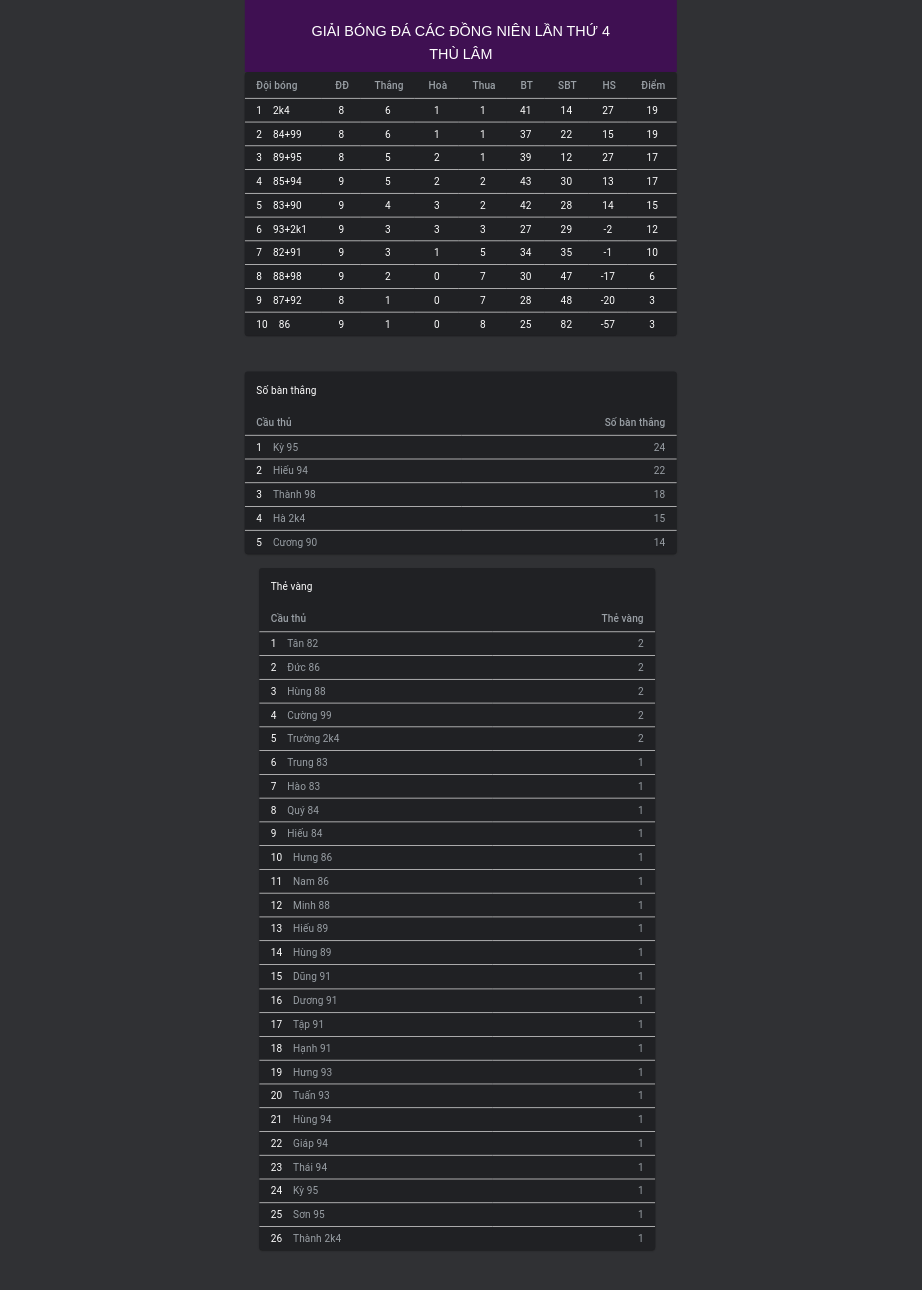
Repository: tuan842001/thulam
Page: /
An editor plug-in stored every save of this project. The page is shown before and after the next save, followed by the edit.
The browser window is 1280 px wide. The pictures show the whole page, at 72% of full size.
The project was rebuilt for these pictures with package versions that can differ from the ones it lists, and the page was loaded fresh each time.

Above is the page before, as saved 2022-01-11 15:55:02.

### public/index.html
<!DOCTYPE html>
<html lang="en">
  <head>
    <meta charset="utf-8" />
    <link rel="icon" href="%PUBLIC_URL%/favicon.ico" />
    <meta name="viewport" content="width=device-width, initial-scale=1" />
    <meta name="theme-color" content="#000000" />
    <meta
      name="description"
      content="Web site created using create-react-app"
    />

    <link href="https://cdn.jsdelivr.net/npm/bootstrap@5.1.3/dist/css/bootstrap.min.css" rel="stylesheet" integrity="sha384-1BmE4kWBq78iYhFldvKuhfTAU6auU8tT94WrHftjDbrCEXSU1oBoqyl2QvZ6jIW3" crossorigin="anonymous">
<script src="https://cdn.jsdelivr.net/npm/bootstrap@5.1.3/dist/js/bootstrap.bundle.min.js" integrity="sha384-ka7Sk0Gln4gmtz2MlQnikT1wXgYsOg+OMhuP+IlRH9sENBO0LRn5q+8nbTov4+1p" crossorigin="anonymous"></script>
    <title>GIẢI BÓNG ĐÁ CÁC ĐỒNG NIÊN THÙ LÂM</title>
  </head>
  <body>
    <noscript>You need to enable JavaScript to run this app.</noscript>
    <div id="root"></div>

  </body>
</html>

### src/App.js
import "./App.css";
import { Header } from "./components/header/Header";
import Card from "./pages/card/Card";
import Statistical from "./pages/statistical/Statistical";
import UserList from "./pages/userList/UserList";

function App() {
  return (
    <div className="App" style={{ height: "102%" }}>
      <Header />
      <UserList />
      <Statistical />
      <Card />
    </div>
  );
}

export default App;

### src/App.css
body {
  margin: 0;
  font-family: 'Montserrat', sans-serif;
  background-color: #303134;
  display: flex;
  justify-content: center;
}

* {
  margin: 0;
}

@media screen and (max-width: 480px) {
  body {
    justify-content: normal;
  }
}

### src/components/header/Header.jsx
import * as React from "react";
import "./header.css";

export const Header = () => {
  return (
    <div className="header">
      <h4>GIẢI BÓNG ĐÁ CÁC ĐỒNG NIÊN LẦN THỨ 4</h4>
      <h3>THÙ LÂM</h3>
    </div>
  );
};

### src/pages/card/Card.jsx
import * as React from "react";
import Table from "@mui/material/Table";
import TableBody from "@mui/material/TableBody";
import TableCell from "@mui/material/TableCell";
import TableContainer from "@mui/material/TableContainer";
import TableHead from "@mui/material/TableHead";
import TableRow from "@mui/material/TableRow";
import Paper from "@mui/material/Paper";

function createData(order, name, goal) {
  return {
    order,
    name,
    goal,
  };
}

const rows = [
  createData(1, "Tân 82", 2),
  createData(2, "Đức 86", 2),
  createData(3, "Hùng 88", 2),
  createData(4, "Cường 99", 2),
  createData(5, "Trường 2k4", 2),
  createData(6, "Trung 83", 1),
  createData(7, "Hào 83", 1),
  createData(8, "Quý 84", 1),
  createData(9, "Hiếu 84", 1),
  createData(10, "Hưng 86", 1),
  createData(11, "Nam 86", 1),
  createData(12, "Minh 88", 1),
  createData(13, "Hiếu 89", 1),
  createData(14, "Hùng 89", 1),
  createData(15, "Dũng 91", 1),
  createData(16, "Dương 91", 1),
  createData(17, "Tập 91", 1),
  createData(18, "Hạnh 91", 1),
  createData(19, "Hưng 93", 1),
  createData(20, "Tuấn 93", 1),
  createData(21, "Hùng 94", 1),
  createData(22, "Giáp 94", 1),
  createData(23, "Thái 94", 1),
  createData(24, "Kỳ 95", 1),
  createData(25, "Sơn 95", 1),
  createData(26, "Thành 2k4", 1),
];

export default function Card() {
  return (
    <TableContainer
      component={Paper}
      style={{
        backgroundColor: "#202124",
        color: "#FFFF",
        margin: "20px",
        width: "550px",
      }}
    >
      <TableCell style={{ color: "#FFFF", borderBottom: "none" }} align="right">
        Thẻ vàng
      </TableCell>
      <Table sx={{ minWidth: 550 }} size="small" aria-label="a dense table">
        <TableHead>
          <TableRow>
            <TableCell style={{ color: "#9aa0a6" }}>Cầu thủ</TableCell>
            <TableCell style={{ color: "#9aa0a6" }} align="right">
              Thẻ vàng
            </TableCell>
          </TableRow>
        </TableHead>
        <TableBody>
          {rows.map((row) => (
            <TableRow
              key={row.name}
              sx={{ "&:last-child td, &:last-child th": { border: 0 } }}
            >
              <TableCell
                component="th"
                scope="row"
                style={{ color: "#9aa0a6" }}
              >
                <span
                  style={{
                    color: "#fff",
                    marginRight: "15px",
                    textAlign: "center",
                  }}
                  align="center"
                >
                  {row.order}
                </span>
                {row.name}
              </TableCell>
              <TableCell style={{ color: "#9aa0a6" }} align="right">
                {row.goal}
              </TableCell>
            </TableRow>
          ))}
        </TableBody>
      </Table>
    </TableContainer>
  );
}

### src/pages/statistical/Statistical.jsx
import * as React from "react";
import Table from "@mui/material/Table";
import TableBody from "@mui/material/TableBody";
import TableCell from "@mui/material/TableCell";
import TableContainer from "@mui/material/TableContainer";
import TableHead from "@mui/material/TableHead";
import TableRow from "@mui/material/TableRow";
import Paper from "@mui/material/Paper";

function createData(order, name, goal) {
  return {
    order,
    name,
    goal,
  };
}

const rows = [
  createData(1, "Kỳ 95", 24),
  createData(2, "Hiếu 94", 22),
  createData(3, "Thành 98", 18),
  createData(4, "Hà 2k4", 15),
  createData(5, "Cương 90", 14),
];

export default function Statistical() {
  return (
    <TableContainer
      component={Paper}
      style={{ backgroundColor: "#202124", color: "#FFFF", marginTop: "50px" }}
    >
      <TableCell style={{ color: "#FFFF", borderBottom: "none" }} align="right">
        Số bàn thắng
      </TableCell>
      <Table sx={{ minWidth: 600 }} size="small" aria-label="a dense table">
        <TableHead>
          <TableRow>
            <TableCell style={{ color: "#9aa0a6" }}>Cầu thủ</TableCell>
            <TableCell style={{ color: "#9aa0a6" }} align="right">
              Số bàn thắng
            </TableCell>
          </TableRow>
        </TableHead>
        <TableBody>
          {rows.map((row) => (
            <TableRow
              key={row.name}
              sx={{ "&:last-child td, &:last-child th": { border: 0 } }}
            >
              <TableCell
                component="th"
                scope="row"
                style={{ color: "#9aa0a6" }}
              >
                <span
                  style={{
                    color: "#FFFF",
                    marginRight: "15px",
                    textAlign: "center",
                  }}
                  align="center"
                >
                  {row.order}
                </span>
                {row.name}
              </TableCell>
              <TableCell style={{ color: "#9aa0a6" }} align="right">
                {row.goal}
              </TableCell>
            </TableRow>
          ))}
        </TableBody>
      </Table>
    </TableContainer>
  );
}

### src/pages/userList/UserList.jsx
import * as React from "react";
import Table from "@mui/material/Table";
import TableBody from "@mui/material/TableBody";
import TableCell from "@mui/material/TableCell";
import TableContainer from "@mui/material/TableContainer";
import TableHead from "@mui/material/TableHead";
import TableRow from "@mui/material/TableRow";
import Paper from "@mui/material/Paper";

function createData(
  order,
  name,
  fought,
  win,
  draw,
  lose,
  goal,
  goals,
  difference,
  protein
) {
  return {
    order,
    name,
    fought,
    win,
    draw,
    lose,
    goal,
    goals,
    difference,
    protein,
  };
}

const rows = [
  createData(1, "2k4", 8, 6, 1, 1, 41, 14, 27, 19),
  createData(2, "84+99", 8, 6, 1, 1, 37, 22, 15, 19),
  createData(3, "89+95", 8, 5, 2, 1, 39, 12, 27, 17),
  createData(4, "85+94", 9, 5, 2, 2, 43, 30, 13, 17),
  createData(5, "83+90", 9, 4, 3, 2, 42, 28, 14, 15),
  createData(6, "93+2k1", 9, 3, 3, 3, 27, 29, -2, 12),
  createData(7, "82+91", 9, 3, 1, 5, 34, 35, -1, 10),
  createData(8, "88+98", 9, 2, 0, 7, 30, 47, -17, 6),
  createData(9, "87+92", 8, 1, 0, 7, 28, 48, -20, 3),
  createData(10, "86", 9, 1, 0, 8, 25, 82, -57, 3),
];

export default function UserList() {
  return (
    <TableContainer
      component={Paper}
      style={{ backgroundColor: "#202124", color: "#FFFF" }}
    >
      <Table sx={{ minWidth: 600 }} size="small" aria-label="a dense table">
        <TableHead>
          <TableRow>
            <TableCell style={{ color: "#9aa0a6" }}>Đội bóng</TableCell>
            <TableCell style={{ color: "#9aa0a6" }} align="right">
              ĐĐ
            </TableCell>
            <TableCell style={{ color: "#9aa0a6" }} align="right">
              Thắng
            </TableCell>
            <TableCell style={{ color: "#9aa0a6" }} align="right">
              Hoà
            </TableCell>
            <TableCell style={{ color: "#9aa0a6" }} align="right">
              Thua
            </TableCell>
            <TableCell style={{ color: "#9aa0a6" }} align="right">
              BT
            </TableCell>
            <TableCell style={{ color: "#9aa0a6" }} align="right">
              SBT
            </TableCell>
            <TableCell style={{ color: "#9aa0a6" }} align="right">
              HS
            </TableCell>
            <TableCell style={{ color: "#9aa0a6" }} align="right">
              Điểm
            </TableCell>
          </TableRow>
        </TableHead>
        <TableBody>
          {rows.map((row) => (
            <TableRow
              key={row.name}
              sx={{ "&:last-child td, &:last-child th": { border: 0 } }}
            >
              <TableCell component="th" scope="row" style={{ color: "#FFFF" }}>
                <span
                  style={{
                    color: "#FFFF",
                    marginRight: "15px",
                    textAlign: "center",
                  }}
                  align="center"
                >
                  {row.order}
                </span>

                {row.name}
              </TableCell>
              <TableCell style={{ color: "#FFFF" }} align="center">
                {row.fought}
              </TableCell>
              <TableCell style={{ color: "#FFFF" }} align="center">
                {row.win}
              </TableCell>
              <TableCell style={{ color: "#FFFF" }} align="center">
                {row.draw}
              </TableCell>
              <TableCell style={{ color: "#FFFF" }} align="center">
                {row.lose}
              </TableCell>
              <TableCell style={{ color: "#FFFF" }} align="center">
                {row.goal}
              </TableCell>
              <TableCell style={{ color: "#FFFF" }} align="center">
                {row.goals}
              </TableCell>
              <TableCell style={{ color: "#FFFF" }} align="center">
                {row.difference}
              </TableCell>
              <TableCell style={{ color: "#FFFF" }} align="center">
                {row.protein}
              </TableCell>
            </TableRow>
          ))}
        </TableBody>
      </Table>
    </TableContainer>
  );
}

### src/components/header/header.css
.header {
    background: #3F1052;
    height: 100px;
    width: 600px;
    text-align: center;
    color: #fff;
    display: flex;
    align-content: center;
    flex-direction: column;
    justify-content: center;
    padding-top: 25px;
}

.header h4 {
    font-size: 20px;
}

.header h3 {
    font-size: 20px;
}

Loaded but not shown: src/index.js (common file)

After the next save:
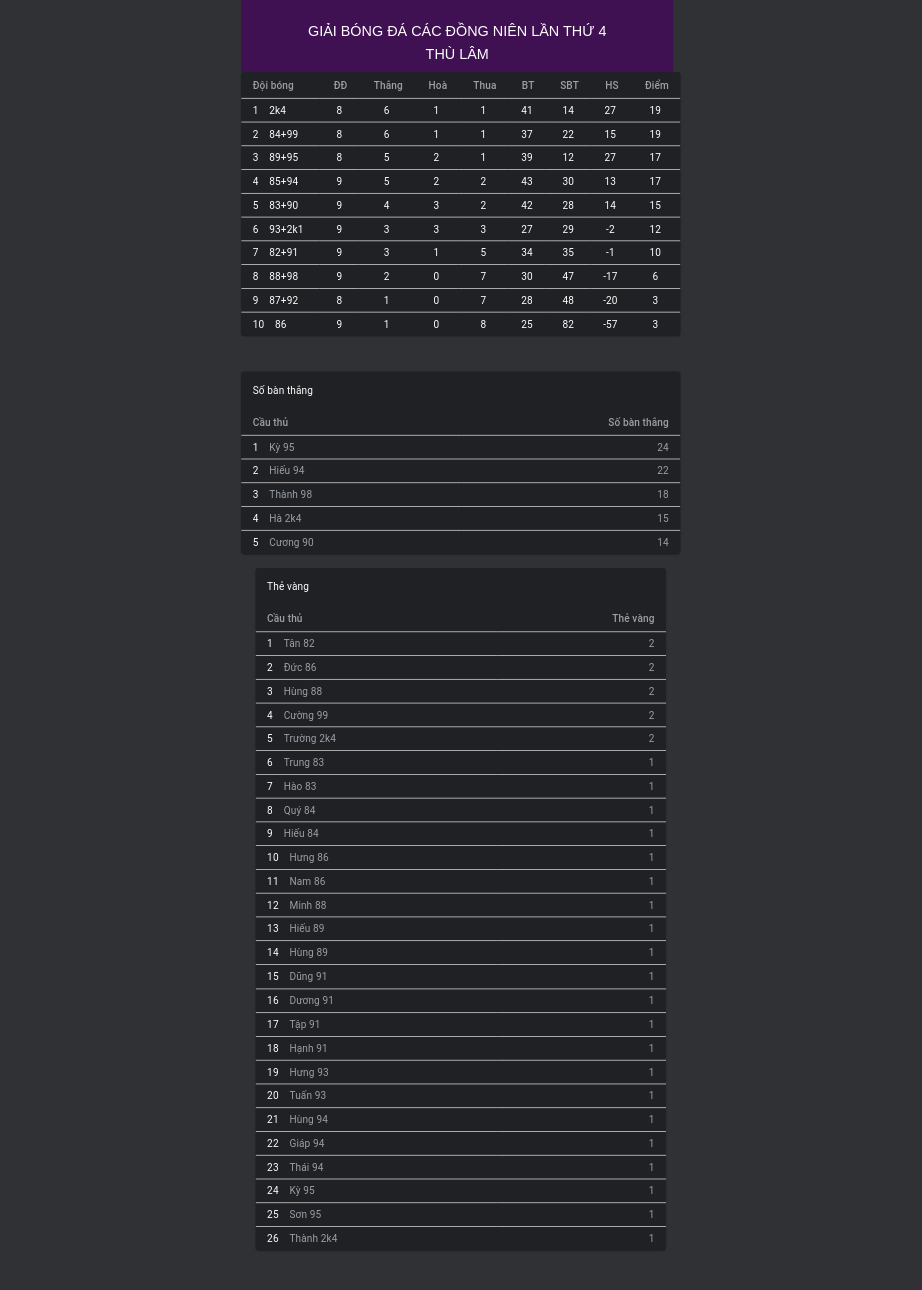
Saved 9 s later.
--- a/src/pages/card/Card.jsx
+++ b/src/pages/card/Card.jsx
@@ -52,7 +52,7 @@ export default function Card() {
         backgroundColor: "#202124",
         color: "#FFFF",
         margin: "20px",
-        width: "550px",
+        width: "570px",
       }}
     >
       <TableCell style={{ color: "#FFFF", borderBottom: "none" }} align="right">
